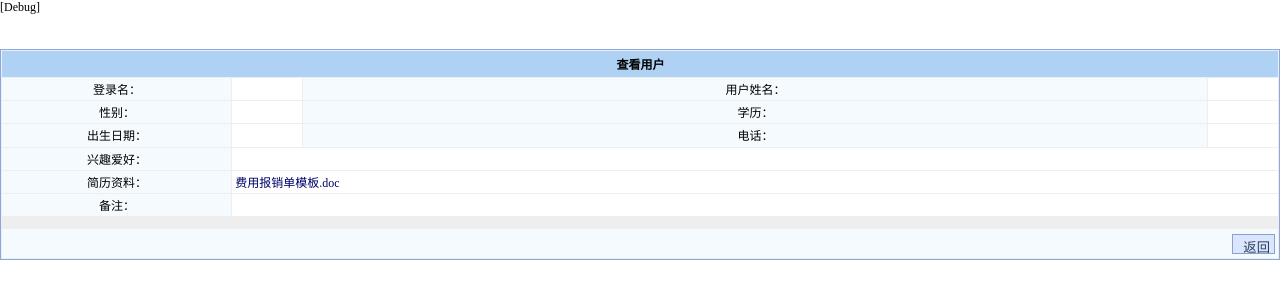
Repository: hermione-20/MyGitProjectRemote
Page: http://localhost/day28_01struts2final/user/view.jsp?userID=15
These files come from the project's save history. The page is drawn as it stood at one moment and after the next save; the edit follows.
The browser window is 1280 px wide. The pictures show the whole page.
The page is served by Tomcat 9.

Above is the page before, as saved 2020-05-14 09:04:11.

After the next save:
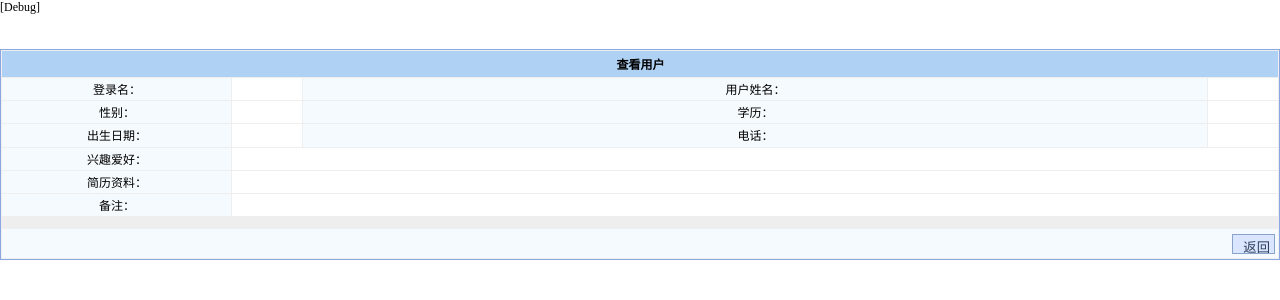
Saved 45 s later.
--- a/day28_01struts2final/WebContent/user/view.jsp
+++ b/day28_01struts2final/WebContent/user/view.jsp
@@ -80,7 +80,8 @@
 					<s:param name="userID" value="userID"></s:param>
 					</s:url>
 						<a href="#" onclick="openWindow('<s:property value="#url"/>','700','400')" class="cl_01">
-						     费用报销单模板.doc
+
+						     <s:property value="fileName"/>
 						</a>
 					</td>
 				</tr>
